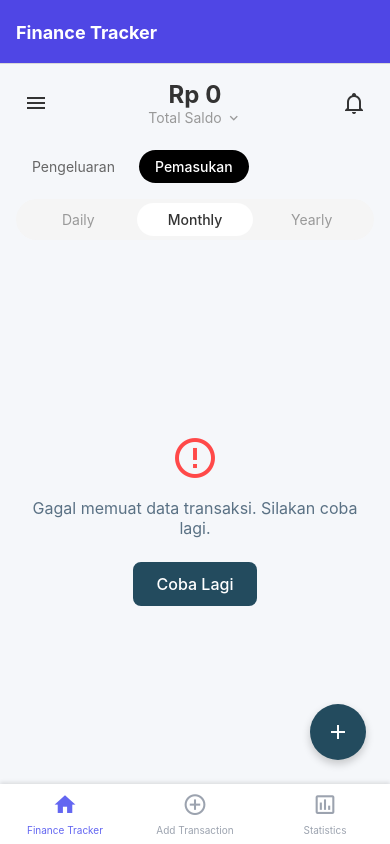
Repository: FarhanAryadi/FinTrack
Screen: /Home
These files come from the project's save history. The screen is drawn as it stood at one moment and after the next save; the edit follows.
The page's requests for data from a server got no answer. The app was drawn by React Native's web renderer in a window 390 px wide. The project was rebuilt for these pictures with package versions that can differ from the ones it lists, and the page was loaded fresh each time. No one was signed in, and anything a server would have sent is missing. Also part of the build but not shown: src/services/categoryService.ts, src/components/common/CategoryDropdown.tsx, src/screens/AddTransactionScreen.tsx, src/components/transactions/TransactionCard.tsx, src/components/common/Header.tsx, src/config/api.ts, src/api/transactionService.ts, src/hooks/useTransactions.ts and 1 more.

Above is the screen before, as saved 2025-03-06 19:22:50.

### App.tsx
import { MaterialCommunityIcons } from '@expo/vector-icons';
import { createBottomTabNavigator } from '@react-navigation/bottom-tabs';
import { NavigationContainer } from '@react-navigation/native';
import { StatusBar } from 'expo-status-bar';
import React from 'react';

import AddTransactionScreen from './src/screens/AddTransactionScreen';
import HomeScreen from './src/screens/HomeScreen';
import StatisticsScreen from './src/screens/StatisticsScreen';

const Tab = createBottomTabNavigator();

type IconName = React.ComponentProps<typeof MaterialCommunityIcons>['name'];

export default function App() {
	return (
		<NavigationContainer>
			<StatusBar style="light" />
			<Tab.Navigator
				screenOptions={({ route }) => ({
					tabBarIcon: ({ focused, color, size }) => {
						let iconName: IconName = 'home';

						if (route.name === 'Home') {
							iconName = focused ? 'home' : 'home-outline';
						} else if (route.name === 'Add') {
							iconName = focused ? 'plus-circle' : 'plus-circle-outline';
						} else if (route.name === 'Statistics') {
							iconName = focused ? 'chart-box' : 'chart-box-outline';
						}

						return (
							<MaterialCommunityIcons
								name={iconName}
								size={size}
								color={color}
							/>
						);
					},
					tabBarActiveTintColor: '#6366f1',
					tabBarInactiveTintColor: '#9ca3af',
					tabBarStyle: {
						backgroundColor: 'white',
						borderTopWidth: 0,
						elevation: 10,
						shadowColor: '#000',
						shadowOffset: {
							width: 0,
							height: -2,
						},
						shadowOpacity: 0.1,
						shadowRadius: 3.84,
						height: 60,
						paddingBottom: 8,
					},
					headerStyle: {
						backgroundColor: '#4f46e5',
						elevation: 0,
						shadowOpacity: 0,
					},
					headerTintColor: 'white',
					headerTitleStyle: {
						fontWeight: 'bold',
					},
				})}
			>
				<Tab.Screen
					name="Home"
					component={HomeScreen}
					options={{
						title: 'Finance Tracker',
					}}
				/>
				<Tab.Screen
					name="Add"
					component={AddTransactionScreen}
					options={{
						title: 'Add Transaction',
					}}
				/>
				<Tab.Screen
					name="Statistics"
					component={StatisticsScreen}
					options={{
						title: 'Statistics',
					}}
				/>
			</Tab.Navigator>
		</NavigationContainer>
	);
}

### src/screens/HomeScreen.tsx
import { MaterialCommunityIcons } from '@expo/vector-icons';
import { useNavigation } from '@react-navigation/native';
import React, { useCallback, useEffect, useState } from 'react';
import {
	ActivityIndicator,
	Alert,
	Dimensions,
	RefreshControl,
	ScrollView,
	StatusBar,
	StyleSheet,
	Text,
	TouchableOpacity,
	View,
} from 'react-native';
import { TouchableWithoutFeedback } from 'react-native-gesture-handler';
import { TransactionCard } from '../components/transactions/TransactionCard';
import { colors } from '../constants/colors';
import { transactionService } from '../services/transactionService';
import { Transaction } from '../types/transaction';
import { formatCurrency } from '../utils/formatCurrency';

const { width } = Dimensions.get('window');

const HomeScreen = () => {
	const navigation = useNavigation();
	const [activeTab, setActiveTab] = useState<'EXPENSE' | 'INCOME'>('INCOME');
	const [transactions, setTransactions] = useState<Transaction[]>([]);
	const [loading, setLoading] = useState(true);
	const [refreshing, setRefreshing] = useState(false);
	const [balance, setBalance] = useState(0);
	const [income, setIncome] = useState(0);
	const [expense, setExpense] = useState(0);
	const [error, setError] = useState<string | null>(null);
	const [activePeriod, setActivePeriod] = useState<
		'daily' | 'monthly' | 'yearly'
	>('monthly');

	const fetchTransactions = useCallback(async () => {
		try {
			setLoading(true);
			setError(null);
			const data = await transactionService.getTransactions();
			setTransactions(data);

			// Calculate totals
			let totalIncome = 0;
			let totalExpense = 0;

			data.forEach((transaction: Transaction) => {
				if (transaction.type === 'INCOME') {
					totalIncome += transaction.amount;
				} else {
					totalExpense += transaction.amount;
				}
			});

			setIncome(totalIncome);
			setExpense(totalExpense);
			setBalance(totalIncome - totalExpense);
		} catch (error) {
			console.error('Error fetching transactions:', error);
			setError('Gagal memuat data transaksi. Silakan coba lagi.');

			Alert.alert(
				'Error',
				'Gagal memuat data transaksi. Pastikan server backend berjalan dan dapat diakses.',
				[
					{
						text: 'Coba Lagi',
						onPress: () => fetchTransactions(),
					},
				]
			);
		} finally {
			setLoading(false);
			setRefreshing(false);
		}
	}, []);

	useEffect(() => {
		fetchTransactions();
	}, [fetchTransactions]);

	const onRefresh = useCallback(() => {
		setRefreshing(true);
		fetchTransactions();
	}, [fetchTransactions]);

	// Calculate summary data
	const calculateSummary = () => {
		const today = new Date();
		const startOfDay = new Date(today.setHours(0, 0, 0, 0));
		const startOfWeek = new Date(today);
		startOfWeek.setDate(today.getDate() - today.getDay());
		startOfWeek.setHours(0, 0, 0, 0);
		const startOfMonth = new Date(today.getFullYear(), today.getMonth(), 1);

		let dayTotal = 0;
		let weekTotal = 0;
		let monthTotal = 0;

		const filteredTransactions = transactions.filter(
			(t) => t.type === activeTab
		);

		filteredTransactions.forEach((transaction) => {
			const transactionDate = new Date(transaction.date);

			if (transactionDate >= startOfDay) {
				dayTotal += transaction.amount;
			}

			if (transactionDate >= startOfWeek) {
				weekTotal += transaction.amount;
			}

			if (transactionDate >= startOfMonth) {
				monthTotal += transaction.amount;
			}
		});

		return {
			day: dayTotal,
			week: weekTotal,
			month: monthTotal,
		};
	};

	const summaryData = calculateSummary();

	// Get filtered transactions
	const getFilteredTransactions = () => {
		return transactions
			.filter((t) => t.type === activeTab)
			.sort((a, b) => new Date(b.date).getTime() - new Date(a.date).getTime())
			.slice(0, 5);
	};

	return (
		<View style={styles.container}>
			<StatusBar barStyle="dark-content" backgroundColor="#f5f7fa" />

			{/* Header */}
			<View style={styles.header}>
				<TouchableOpacity style={styles.menuButton}>
					<MaterialCommunityIcons name="menu" size={24} color="#333" />
				</TouchableOpacity>

				<View style={styles.balanceContainer}>
					<Text style={styles.balanceAmount}>{formatCurrency(balance)}</Text>
					<TouchableOpacity style={styles.balanceDropdown}>
						<Text style={styles.balanceLabel}>Total Saldo</Text>
						<MaterialCommunityIcons
							name="chevron-down"
							size={16}
							color="#999"
						/>
					</TouchableOpacity>
				</View>

				<TouchableOpacity style={styles.notificationButton}>
					<MaterialCommunityIcons name="bell-outline" size={24} color="#333" />
				</TouchableOpacity>
			</View>

			{/* Tab Selector */}
			<View style={styles.tabContainer}>
				<TouchableOpacity
					style={[styles.tab, activeTab === 'EXPENSE' && styles.activeTab]}
					onPress={() => setActiveTab('EXPENSE')}
				>
					<Text
						style={[
							styles.tabText,
							activeTab === 'EXPENSE' && styles.activeTabText,
						]}
					>
						Pengeluaran
					</Text>
				</TouchableOpacity>

				<TouchableOpacity
					style={[styles.tab, activeTab === 'INCOME' && styles.activeTab]}
					onPress={() => setActiveTab('INCOME')}
				>
					<Text
						style={[
							styles.tabText,
							activeTab === 'INCOME' && styles.activeTabText,
						]}
					>
						Pemasukan
					</Text>
				</TouchableOpacity>
			</View>

			{/* Period Selector */}
			<View style={styles.periodContainer}>
				<TouchableOpacity
					style={[
						styles.periodTab,
						activePeriod === 'daily'
							? styles.periodTabActive
							: styles.periodTabInactive,
					]}
					onPress={() => setActivePeriod('daily')}
				>
					<Text
						style={[
							styles.periodTabText,
							activePeriod === 'daily' && styles.periodTabTextActive,
						]}
					>
						Daily
					</Text>
				</TouchableOpacity>

				<TouchableOpacity
					style={[
						styles.periodTab,
						activePeriod === 'monthly'
							? styles.periodTabActive
							: styles.periodTabInactive,
					]}
					onPress={() => setActivePeriod('monthly')}
				>
					<Text
						style={[
							styles.periodTabText,
							activePeriod === 'monthly' && styles.periodTabTextActive,
						]}
					>
						Monthly
					</Text>
				</TouchableOpacity>

				<TouchableOpacity
					style={[
						styles.periodTab,
						activePeriod === 'yearly'
							? styles.periodTabActive
							: styles.periodTabInactive,
					]}
					onPress={() => setActivePeriod('yearly')}
				>
					<Text
						style={[
							styles.periodTabText,
							activePeriod === 'yearly' && styles.periodTabTextActive,
						]}
					>
						Yearly
					</Text>
				</TouchableOpacity>
			</View>

			{loading && !refreshing ? (
				<View style={styles.loadingContainer}>
					<ActivityIndicator size="large" color={colors.primary.main} />
				</View>
			) : error ? (
				<View style={styles.errorContainer}>
					<MaterialCommunityIcons
						name="alert-circle-outline"
						size={48}
						color={colors.danger.main}
					/>
					<Text style={styles.errorText}>{error}</Text>
					<TouchableOpacity
						style={styles.retryButton}
						onPress={fetchTransactions}
					>
						<Text style={styles.retryButtonText}>Coba Lagi</Text>
					</TouchableOpacity>
				</View>
			) : (
				<ScrollView
					style={styles.content}
					refreshControl={
						<RefreshControl
							refreshing={refreshing}
							onRefresh={onRefresh}
							colors={[colors.primary.main]}
							tintColor={colors.primary.main}
						/>
					}
				>
					{/* Summary */}
					<View style={styles.summaryContainer}>
						<View style={styles.dailySummaryItem}>
							<Text style={styles.summaryLabel}>Hari</Text>
							<Text style={[styles.summaryValue, styles.dailyValue]}>
								{formatCurrency(summaryData.day)}
							</Text>
						</View>
						<View style={styles.weekMonthContainer}>
							<View style={styles.summaryItem}>
								<Text style={styles.summaryLabel}>Minggu</Text>
								<Text style={styles.summaryValue}>
									{formatCurrency(summaryData.week)}
								</Text>
							</View>
							<View style={styles.summaryItem}>
								<Text style={styles.summaryLabel}>Bulan</Text>
								<Text style={styles.summaryValue}>
									{formatCurrency(summaryData.month)}
								</Text>
							</View>
						</View>
					</View>

					{/* Recent Transactions */}
					<View style={styles.transactionsContainer}>
						<Text style={styles.transactionsTitle}>Transaksi Terbaru</Text>

						{getFilteredTransactions().length === 0 ? (
							<View style={styles.emptyContainer}>
								<Text style={styles.emptyText}>Belum ada transaksi</Text>
							</View>
						) : (
							getFilteredTransactions().map((transaction) => (
								<TransactionCard
									key={transaction.id}
									transaction={transaction}
									onPress={() => {
										// Handle transaction press
									}}
								/>
							))
						)}
					</View>
				</ScrollView>
			)}

			{/* Floating Action Button */}
			<TouchableOpacity
				style={styles.fab}
				onPress={() => navigation.navigate('Add' as never)}
			>
				<MaterialCommunityIcons name="plus" size={24} color="#fff" />
			</TouchableOpacity>
		</View>
	);
};

const styles = StyleSheet.create({
	container: {
		flex: 1,
		backgroundColor: '#f5f7fa',
	},
	header: {
		flexDirection: 'row',
		alignItems: 'center',
		justifyContent: 'space-between',
		paddingHorizontal: 16,
		paddingTop: 16,
		paddingBottom: 8,
	},
	menuButton: {
		padding: 8,
	},
	balanceContainer: {
		alignItems: 'center',
	},
	balanceAmount: {
		fontSize: 24,
		fontWeight: 'bold',
		color: '#333',
	},
	balanceDropdown: {
		flexDirection: 'row',
		alignItems: 'center',
	},
	balanceLabel: {
		fontSize: 14,
		color: '#999',
		marginRight: 4,
	},
	notificationButton: {
		padding: 8,
	},
	tabContainer: {
		flexDirection: 'row',
		paddingHorizontal: 16,
		marginTop: 16,
		marginBottom: 8,
	},
	tab: {
		paddingVertical: 8,
		paddingHorizontal: 16,
		borderRadius: 20,
		marginRight: 8,
	},
	activeTab: {
		backgroundColor: '#000',
	},
	tabText: {
		fontSize: 14,
		color: '#666',
	},
	activeTabText: {
		color: '#fff',
		fontWeight: '500',
	},
	periodContainer: {
		flexDirection: 'row',
		backgroundColor: '#f5f5f5',
		borderRadius: 30,
		padding: 4,
		marginHorizontal: 16,
		marginTop: 8,
		marginBottom: 16,
	},
	periodTab: {
		flex: 1,
		paddingVertical: 8,
		paddingHorizontal: 12,
		borderRadius: 30,
		alignItems: 'center',
	},
	periodTabActive: {
		backgroundColor: '#fff',
	},
	periodTabInactive: {
		backgroundColor: 'transparent',
	},
	periodTabText: {
		fontSize: 14,
		color: '#999',
	},
	periodTabTextActive: {
		color: '#333',
		fontWeight: '500',
	},
	content: {
		flex: 1,
		paddingHorizontal: 16,
	},
	loadingContainer: {
		flex: 1,
		justifyContent: 'center',
		alignItems: 'center',
	},
	summaryContainer: {
		marginTop: 16,
		marginBottom: 16,
		paddingHorizontal: 4,
	},
	dailySummaryItem: {
		backgroundColor: '#fff',
		borderRadius: 16,
		padding: 24,
		alignItems: 'center',
		marginBottom: 12,
		shadowColor: '#000',
		shadowOffset: { width: 0, height: 2 },
		shadowOpacity: 0.05,
		shadowRadius: 4,
		elevation: 2,
	},
	weekMonthContainer: {
		flexDirection: 'row',
		justifyContent: 'space-between',
	},
	summaryItem: {
		flex: 1,
		backgroundColor: '#fff',
		borderRadius: 16,
		padding: 20,
		alignItems: 'center',
		marginHorizontal: 4,
		shadowColor: '#000',
		shadowOffset: { width: 0, height: 2 },
		shadowOpacity: 0.05,
		shadowRadius: 4,
		elevation: 2,
	},
	summaryLabel: {
		fontSize: 14,
		color: '#999',
		marginBottom: 8,
	},
	summaryValue: {
		fontSize: 18,
		fontWeight: 'bold',
		color: '#333',
	},
	dailyValue: {
		fontSize: 32,
	},
	transactionsContainer: {
		marginBottom: 24,
	},
	transactionsTitle: {
		fontSize: 18,
		fontWeight: 'bold',
		color: '#333',
		marginBottom: 12,
	},
	emptyContainer: {
		backgroundColor: '#fff',
		borderRadius: 16,
		padding: 24,
		alignItems: 'center',
		shadowColor: '#000',
		shadowOffset: { width: 0, height: 2 },
		shadowOpacity: 0.05,
		shadowRadius: 4,
		elevation: 2,
	},
	emptyText: {
		fontSize: 16,
		color: '#999',
	},
	errorContainer: {
		flex: 1,
		justifyContent: 'center',
		alignItems: 'center',
		padding: 20,
	},
	errorText: {
		fontSize: 16,
		color: colors.text.secondary,
		textAlign: 'center',
		marginTop: 16,
		marginBottom: 24,
	},
	retryButton: {
		backgroundColor: colors.primary.main,
		paddingVertical: 12,
		paddingHorizontal: 24,
		borderRadius: 8,
	},
	retryButtonText: {
		color: '#fff',
		fontSize: 16,
		fontWeight: '500',
	},
	fab: {
		position: 'absolute',
		bottom: 24,
		right: 24,
		width: 56,
		height: 56,
		borderRadius: 28,
		backgroundColor: colors.primary.main,
		justifyContent: 'center',
		alignItems: 'center',
		shadowColor: '#000',
		shadowOffset: { width: 0, height: 4 },
		shadowOpacity: 0.2,
		shadowRadius: 8,
		elevation: 4,
	},
});

export default HomeScreen;

### src/constants/colors.ts
export const colors = {
	// Primary Colors
	primary: {
		dark: '#1B3242',    // Dark Teal
		main: '#234B5E',    // Teal
		light: '#C1FF3F',   // Neon Green
		surface: '#F4F6F8', // Light Gray
	},

	// Accent Colors
	accent: {
		purple: '#E9DEFF',  // Light Purple
		green: '#C1FF3F',   // Neon Green
		teal: '#234B5E',    // Teal
	},

	// Status Colors
	success: {
		light: '#C1FF3F',   // Neon Green
		main: '#9FD82B',    // Darker Green
		dark: '#8AC123',    // Even Darker Green
		surface: '#F5FFF0',
	},
	danger: {
		light: '#FF6B6B',
		main: '#FF4949',
		dark: '#E53E3E',
		surface: '#FFF5F5',
	},
	warning: {
		light: '#FFD93D',
		main: '#FFC107',
		dark: '#F9A825',
		surface: '#FFFBEB',
	},

	// Neutral Colors
	background: '#F4F6F8',  // Light Gray Background
	card: '#FFFFFF',
	border: '#E1E6EB',

	// Text Colors
	text: {
		primary: '#1B3242',   // Dark Teal
		secondary: '#5A7184', // Medium Gray
		disabled: '#A3AEB8',  // Light Gray
		inverse: '#FFFFFF',   // White
	},

	// Transaction Types
	transaction: {
		income: {
			light: '#C1FF3F',  // Neon Green
			main: '#9FD82B',   // Darker Green
			dark: '#8AC123',   // Even Darker Green
		},
		expense: {
			light: '#FF6B6B',
			main: '#FF4949',
			dark: '#E53E3E',
		},
	},

	// Card Gradients
	gradients: {
		primary: ['#234B5E', '#1B3242'],
		success: ['#C1FF3F', '#9FD82B'],
		purple: ['#E9DEFF', '#D4BBFF'],
	},
};

### src/services/transactionService.ts
import { API_URL } from '../config';
import { fetchWithTimeout } from '../utils/fetchWithTimeout';

interface CreateTransactionData {
	type: 'INCOME' | 'EXPENSE';
	amount: number;
	description: string;
	categoryId: string;
}

export const transactionService = {
	async createTransaction(data: CreateTransactionData) {
		try {
			console.log('Creating transaction with URL:', `${API_URL}/transactions`);
			console.log('Transaction data:', JSON.stringify(data));

			const response = await fetchWithTimeout(`${API_URL}/transactions`, {
				method: 'POST',
				headers: {
					'Content-Type': 'application/json',
				},
				body: JSON.stringify({
					...data,
					date: new Date().toISOString(),
				}),
			});

			if (!response.ok) {
				const errorText = await response.text();
				console.error('Server response error:', response.status, errorText);
				throw new Error(`Server responded with status: ${response.status}, message: ${errorText}`);
			}

			return await response.json();
		} catch (error) {
			console.error('Error in createTransaction:', error);
			throw error;
		}
	},

	async getTransactions() {
		try {
			console.log('Fetching transactions from URL:', `${API_URL}/transactions`);

			const response = await fetchWithTimeout(`${API_URL}/transactions`);

			if (!response.ok) {
				const errorText = await response.text();
				console.error('Server response error:', response.status, errorText);
				throw new Error(`Server responded with status: ${response.status}, message: ${errorText}`);
			}

			const data = await response.json();
			console.log('Transactions fetched successfully, count:', data.length);
			return data;
		} catch (error) {
			console.error('Error in getTransactions:', error);
			throw error;
		}
	},

	async getTransactionsByDateRange(startDate: Date, endDate: Date) {
		try {
			const start = startDate.toISOString();
			const end = endDate.toISOString();

			console.log('Fetching transactions by date range from URL:',
				`${API_URL}/transactions/date-range?startDate=${start}&endDate=${end}`);

			const response = await fetchWithTimeout(`${API_URL}/transactions/date-range?startDate=${start}&endDate=${end}`);

			if (!response.ok) {
				const errorText = await response.text();
				console.error('Server response error:', response.status, errorText);
				throw new Error(`Server responded with status: ${response.status}, message: ${errorText}`);
			}

			const data = await response.json();
			console.log('Transactions by date range fetched successfully, count:', data.length);
			return data;
		} catch (error) {
			console.error('Error in getTransactionsByDateRange:', error);
			throw error;
		}
	},
};

### src/utils/formatCurrency.ts
/**
 * Format angka menjadi format mata uang Rupiah
 * @param amount Jumlah yang akan diformat
 * @returns String dalam format Rupiah (contoh: Rp 1.000.000)
 */
export const formatCurrency = (amount: number): string => {
  return `Rp ${amount.toLocaleString('id-ID')}`;
};

### src/config.ts
export const API_URL = 'http://192.168.100.13:3000/api';

### src/utils/fetchWithTimeout.ts
/**
 * Fetch dengan timeout untuk mengatasi masalah jaringan
 * @param url URL yang akan diakses
 * @param options Opsi fetch
 * @param timeout Timeout dalam milidetik (default: 15000ms)
 * @returns Promise dengan hasil fetch
 */
export const fetchWithTimeout = async (
	url: string,
	options: RequestInit = {},
	timeout = 15000
): Promise<Response> => {
	const controller = new AbortController();
	const id = setTimeout(() => controller.abort(), timeout);

	try {
		const response = await fetch(url, {
			...options,
			signal: controller.signal,
		});
		clearTimeout(id);
		return response;
	} catch (error) {
		clearTimeout(id);
		if (error.name === 'AbortError') {
			throw new Error(`Request timeout after ${timeout}ms`);
		}
		throw error;
	}
};

After the next save:
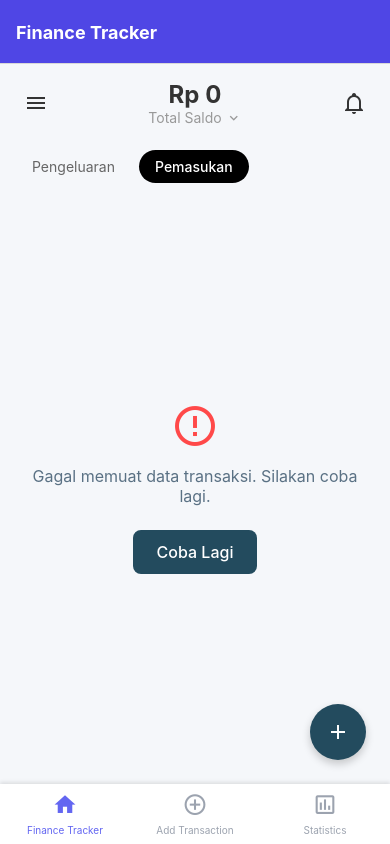
Saved 62 s later.
--- a/src/screens/HomeScreen.tsx
+++ b/src/screens/HomeScreen.tsx
@@ -191,66 +191,6 @@ const HomeScreen = () => {
 						]}
 					>
 						Pemasukan
-					</Text>
-				</TouchableOpacity>
-			</View>
-
-			{/* Period Selector */}
-			<View style={styles.periodContainer}>
-				<TouchableOpacity
-					style={[
-						styles.periodTab,
-						activePeriod === 'daily'
-							? styles.periodTabActive
-							: styles.periodTabInactive,
-					]}
-					onPress={() => setActivePeriod('daily')}
-				>
-					<Text
-						style={[
-							styles.periodTabText,
-							activePeriod === 'daily' && styles.periodTabTextActive,
-						]}
-					>
-						Daily
-					</Text>
-				</TouchableOpacity>
-
-				<TouchableOpacity
-					style={[
-						styles.periodTab,
-						activePeriod === 'monthly'
-							? styles.periodTabActive
-							: styles.periodTabInactive,
-					]}
-					onPress={() => setActivePeriod('monthly')}
-				>
-					<Text
-						style={[
-							styles.periodTabText,
-							activePeriod === 'monthly' && styles.periodTabTextActive,
-						]}
-					>
-						Monthly
-					</Text>
-				</TouchableOpacity>
-
-				<TouchableOpacity
-					style={[
-						styles.periodTab,
-						activePeriod === 'yearly'
-							? styles.periodTabActive
-							: styles.periodTabInactive,
-					]}
-					onPress={() => setActivePeriod('yearly')}
-				>
-					<Text
-						style={[
-							styles.periodTabText,
-							activePeriod === 'yearly' && styles.periodTabTextActive,
-						]}
-					>
-						Yearly
 					</Text>
 				</TouchableOpacity>
 			</View>
